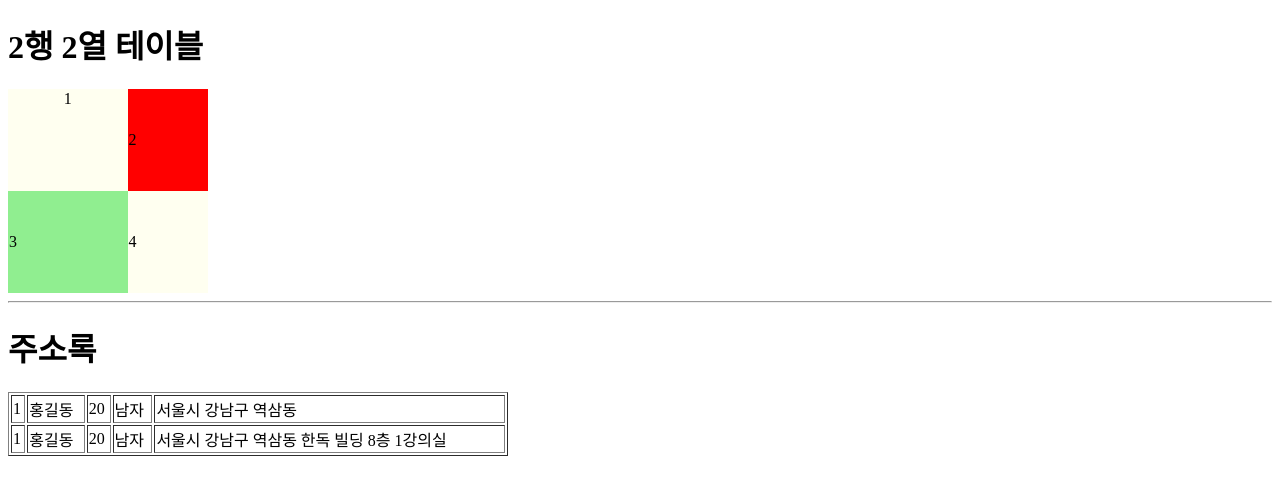
Repository: JeongWoo-Jang/Edu-Backup
Page: 5. HTML & CSS & JS/ClientTest/WebContent/ex13_table.html
An editor plug-in stored every save of this project. The page is shown before and after the next save, followed by the edit.
The browser window is 1280 px wide. The pictures show the whole page.

Above is the page before, as saved 2020-06-19 07:30:34.

After the next save:
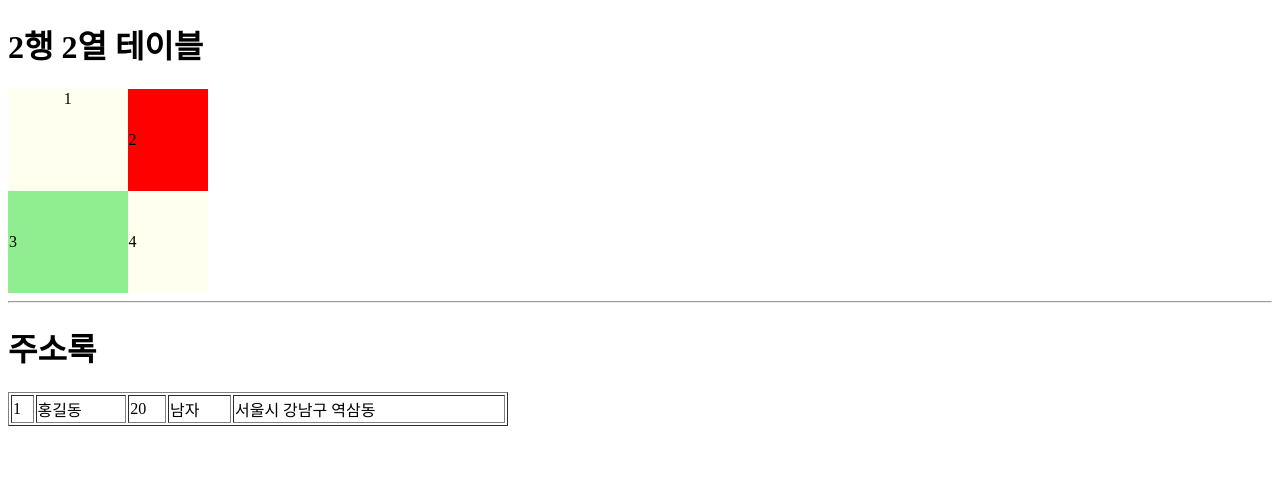
Saved 55 s later.
--- a/5. HTML & CSS & JS/ClientTest/WebContent/ex13_table.html
+++ b/5. HTML & CSS & JS/ClientTest/WebContent/ex13_table.html
@@ -50,13 +50,6 @@
 	 		<td>남자</td>
 	 		<td>서울시 강남구 역삼동</td>
 	 	</tr>
-	 	<tr>
-	 		<td>1</td>
-	 		<td>홍길동</td>
-	 		<td>20</td>
-	 		<td>남자</td>
-	 		<td>서울시 강남구 역삼동 한독 빌딩 8층 1강의실</td>
-	 	</tr>
 	 </table>
 
 

After the save that followed:
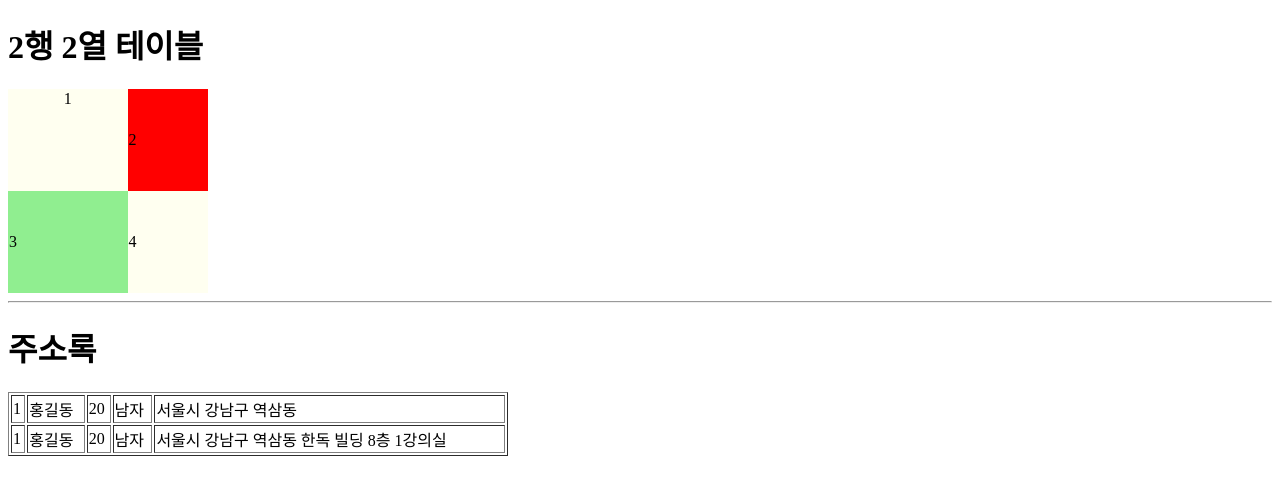
Saved 8 s later.
--- a/5. HTML & CSS & JS/ClientTest/WebContent/ex13_table.html
+++ b/5. HTML & CSS & JS/ClientTest/WebContent/ex13_table.html
@@ -50,6 +50,13 @@
 	 		<td>남자</td>
 	 		<td>서울시 강남구 역삼동</td>
 	 	</tr>
+	 	<tr>
+	 		<td>1</td>
+	 		<td>홍길동</td>
+	 		<td>20</td>
+	 		<td>남자</td>
+	 		<td>서울시 강남구 역삼동 한독 빌딩 8층 1강의실</td>
+	 	</tr>
 	 </table>
 
 
